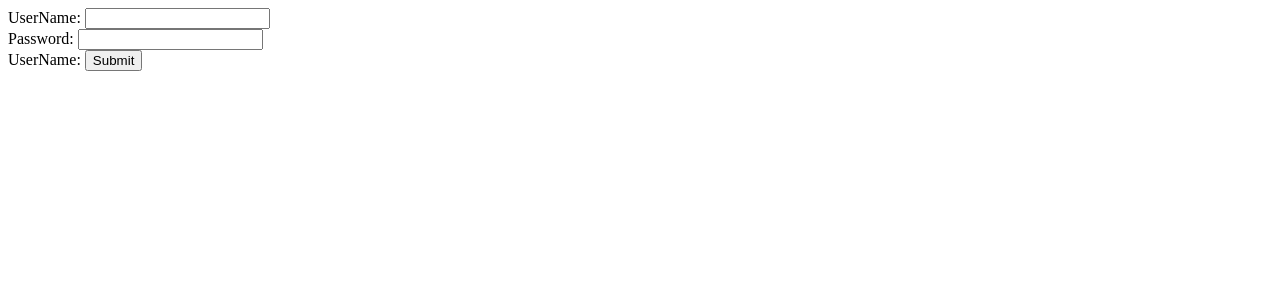
Repository: shishuwu/Training-JavaWeb
Page: http://localhost/MvnProj/reg.jsp
An editor plug-in stored every save of this project. The page is shown before and after the next save, followed by the edit.
The browser window is 1280 px wide. The pictures show the whole page.
The page is served by Tomcat 9. Nobody is signed in. The application's start-up code is not run.

Above is the page before, as saved 2016-04-29 02:40:05.

After the next save:
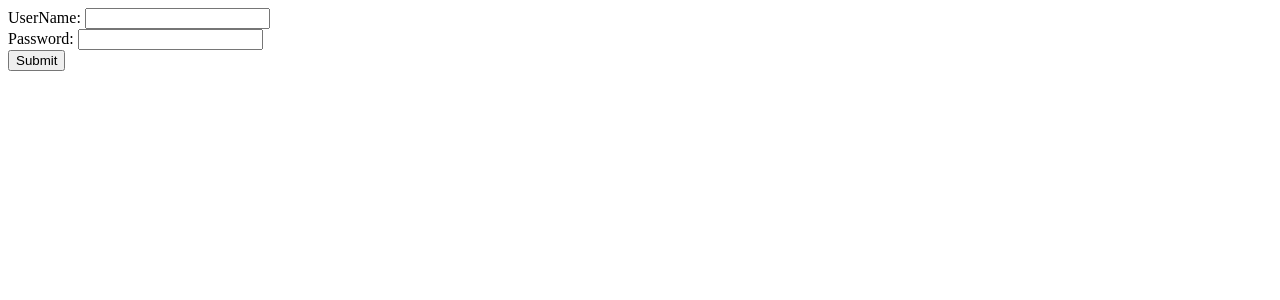
Saved 7 s later.
--- a/MvnProj/src/main/webapp/reg.jsp
+++ b/MvnProj/src/main/webapp/reg.jsp
@@ -13,7 +13,6 @@
 	Password:
 	<input type="password" name="pwd" />
 	<br>
-	UserName:
 	<input type="submit" name="Reg" />
 	<br>
 </body>
